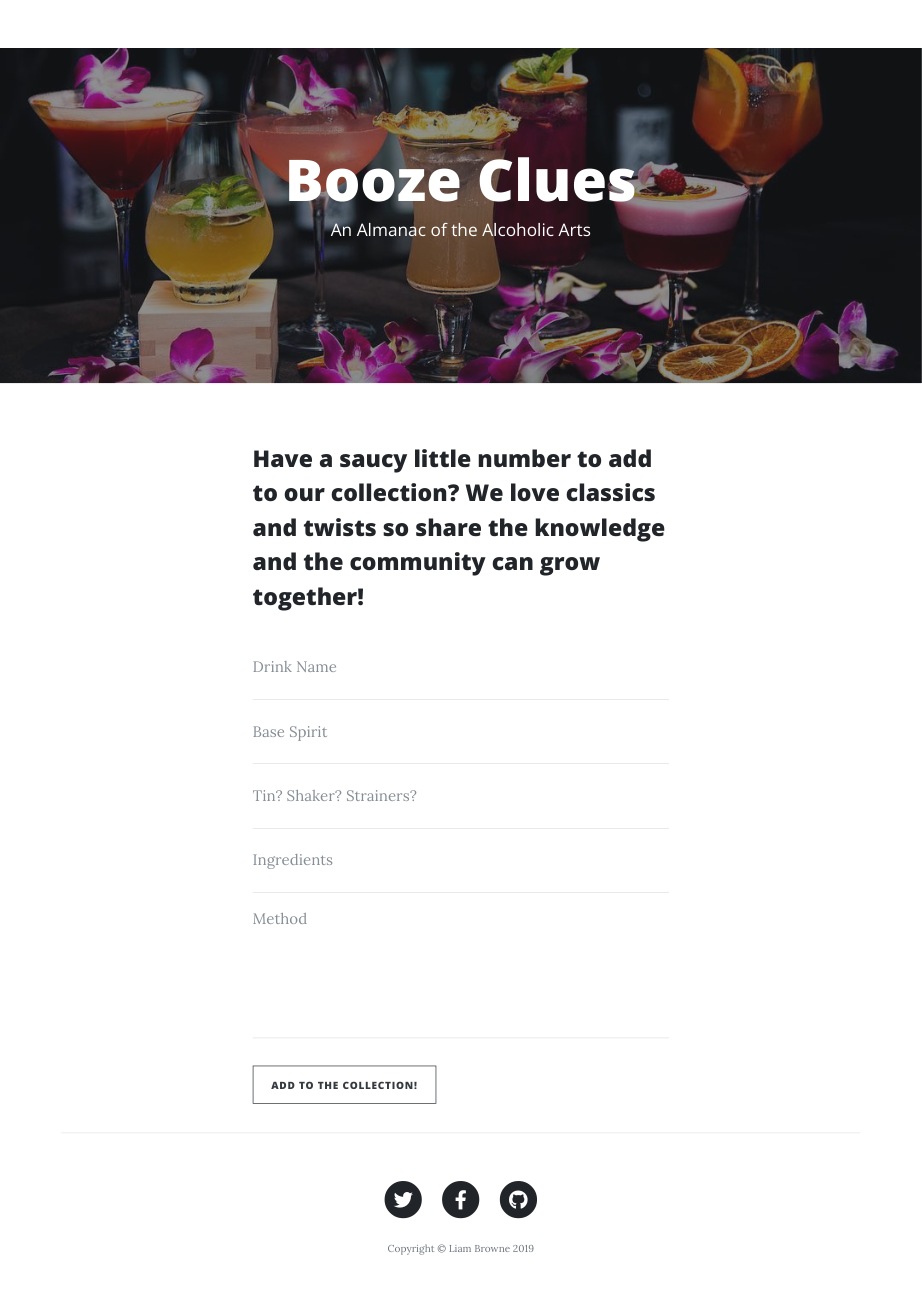
Repository: LiamB123/Booze-Clues
Page: http://localhost/add_recipe
The author's editor kept a record of every edit. The page is drawn from the files as they stood at one moment, then again after the next edit.
The browser window is 1280 px wide. The pictures show the whole page, at 72% of full size.
The page is served by the project's application, run on Flask 3 (app.py). Queries for data that is not in the repository find no rows.

Above is the page before.

After the next edit:
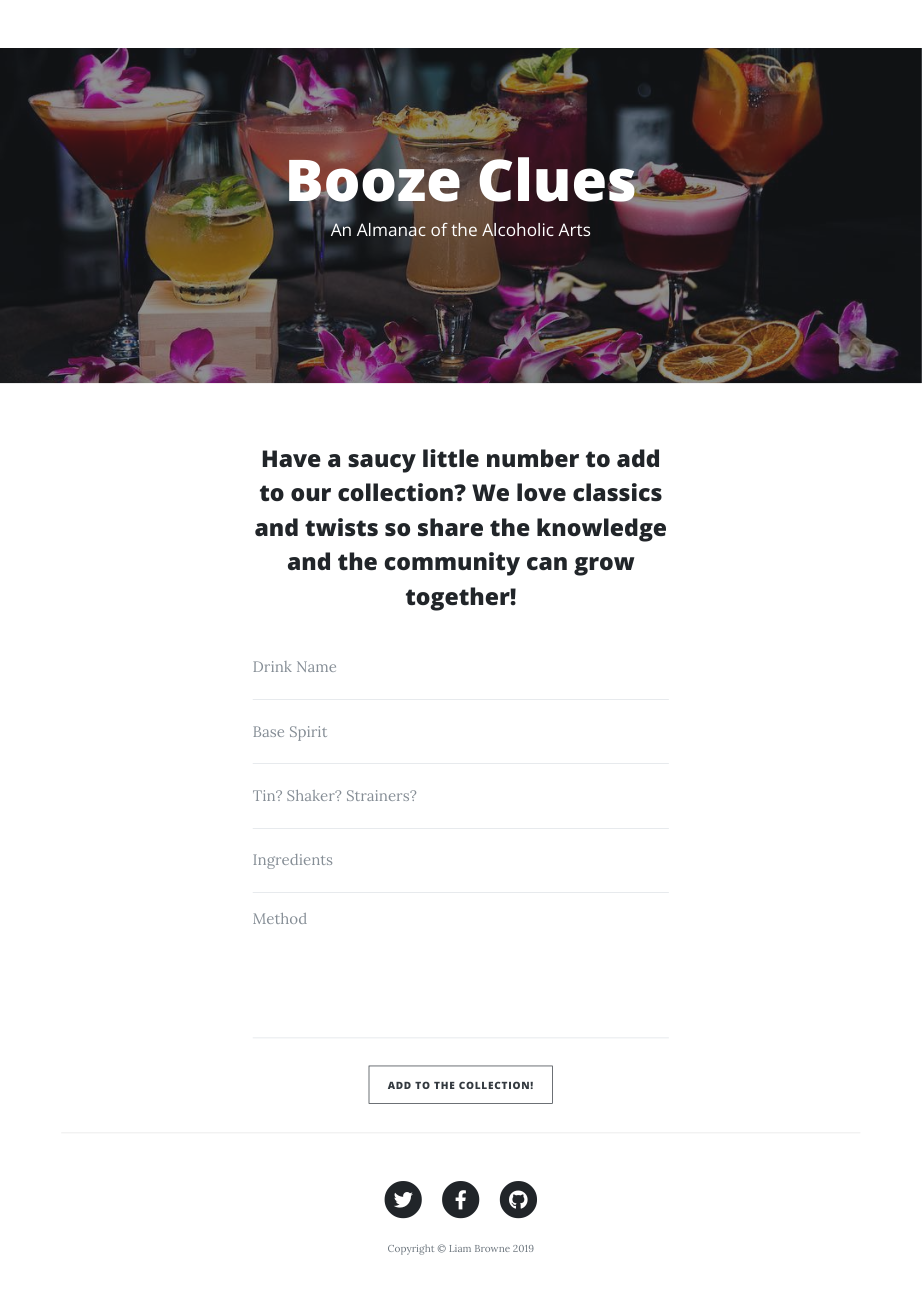
The edit:
--- a/templates/add_recipe.html
+++ b/templates/add_recipe.html
@@ -2,7 +2,7 @@
 
 <div class="container">
     <div class="row">
-        <div class="col-lg-10 col-md-10 mx-auto">
+        <div class="col-lg-10 col-md-10 mx-auto text-center">
             <p>Have a saucy little number to add to our collection? We love classics and twists so share the knowledge and the community can grow together!</p>
              <form name="sentMessage" id="contactForm" action="{{ url_for('insert_recipe') }}" method="POST">
 
